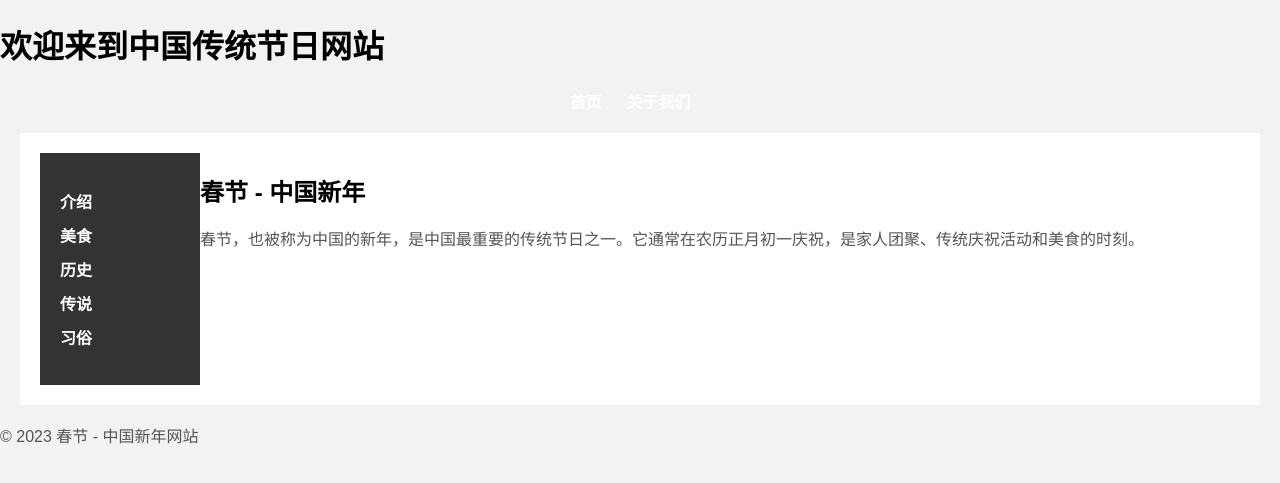
Repository: XueJie1/computer-operation-basics
Page: pages/springfestival/spf.html
These files come from the project's save history. The page is drawn as it stood at one moment and after the next save; the edit follows.
The browser window is 1280 px wide. The pictures show the whole page.

Above is the page before, as saved 2023-08-30 17:38:59.

### pages/springfestival/spf.html
<!DOCTYPE html>
<html lang="zh-CN">

<head>
    <meta charset="UTF-8">
    <meta name="viewport" content="width=device-width, initial-scale=1.0">
    <title>春节 - 中国新年</title>
    <link rel="stylesheet" type="text/css" href="../../css/styles.css" />
</head>

<body>
    <div class="header">
        <h1>欢迎来到中国传统节日网站</h1>
        <nav>
            <ul>
                <li><a href="../../index.html">首页</a></li>
                <li><a href="../about.html">关于我们</a></li>
            </ul>
        </nav>
    </div>
    <main>
        <div class="container">
            <div class="sidebar">
                <!-- 侧边栏 -->
                <ul>
                    <li><a href="#introduction">介绍</a></li>
                    <li><a href="#cuisine">美食</a></li>
                    <li><a href="#history">历史</a></li>
                    <li><a href="#legend">传说</a></li>
                    <li><a href="#customs">习俗</a></li>
                </ul>
            </div>

            <!-- 介绍 -->
            <section id="introduction">
                <h1>春节 - 中国新年</h1>
                <p>春节，也被称为中国的新年，是中国最重要的传统节日之一。它通常在农历正月初一庆祝，是家人团聚、传统庆祝活动和美食的时刻。</p>
            </section>

            <!-- 美食 -->
            <section id="cuisine" style="display: none;">
                <h2>美食</h2>
                <p>春节期间，人们会品尝各种传统美食，其中包括饺子、年糕、鱼等。这些食物在节日期间具有特殊的象征意义。</p>
            </section>

            <!-- 历史 -->
            <section id="history" style="display: none;">
                <h2>历史</h2>
                <p>春节的历史可以追溯到数千年前，它与农历和农耕社会的传统有关。了解春节的历史背景和发展。</p>
            </section>

            <!-- 传说 -->
            <section id="legend" style="display: none;">
                <h2>传说</h2>
                <p>春节有许多与之相关的传说，包括年兽的故事、关于赛龙舟的传说等。这些传说丰富了节日的文化内涵。</p>
            </section>

            <!-- 习俗 -->
            <section id="customs" style="display: none;">
                <h2>习俗</h2>
                <p>春节有许多独特的习俗，如贴春联、舞龙舞狮、赏花灯、给红包等。这些习俗代代传承，为节日增添了色彩。</p>
            </section>
    </main>
    </div>

    <div class="footer">
        <!-- 在这里包含网站的页脚部分，如版权信息等 -->
        <p>&copy; 2023 春节 - 中国新年网站</p>
    </div>

    <script src="https://code.jquery.com/jquery-3.6.0.min.js"></script>
    <script>
        $(document).ready(function () {
            // 为侧边栏链接绑定点击事件
            $('.sidebar a').on('click', function (e) {
                e.preventDefault(); // 阻止默认链接行为

                // 获取点击链接的href属性值
                var target = $(this).attr('href');

                // 隐藏所有的section
                $('main section').hide();

                // 显示目标section
                $(target).show();
            });
        });
    </script>
</body>

</html>

### css/styles.css

body {
    font-family: Arial, sans-serif;
    margin: 0;
    padding: 0;
    background-color: #f2f2f2;
}

/* 样式化导航菜单 */
header {
    background-color: #333;
    color: #fff;
    padding: 10px 0;
}

header h1 {
    text-align: center;
    text-decoration: none;
    color: #fff;
}

nav ul {
    list-style-type: none;
    margin: 0;
    padding: 0;
    text-align: center;
}

nav ul li {
    display: inline;
    margin-right: 20px;
}

nav ul li a {
    text-decoration: none;
    color: #fff;
    font-weight: bold;
    font-size: 16px;
}

nav ul li a:hover {
    color: #ff9900; /* 鼠标悬停时的颜色 */
}

main {
    margin: 20px 20px 20px 20px;
}

footer p{
    color: #fff;
    text-align: center;
    background-color: #333;
    padding-top: 20px;
    padding-bottom: 20px;
}

/* 为网页容器设置样式 */
.container {
    display: flex;
}

/* 侧边栏样式 */
.sidebar {
    flex: 0 0 10%; /* 侧边栏占据25%的宽度 */
    background-color: #333;
    color: #fff;
    padding: 20px;
}

.sidebar ul {
    list-style-type: none;
    padding: 0;
}

.sidebar ul li {
    margin-bottom: 10px;
}

.sidebar ul li a {
    text-decoration: none;
    color: #fff;
    font-weight: bold;
    font-size: 16px;
}

/* 主内容区域样式 */
main {
    flex: 0 0 75%; /* 主内容区域占据75%的宽度 */
    background-color: #fff;
    padding: 20px;
}

/* 标题样式 */
/* h1 {
    font-size: 28px;
    color: #333;
    margin-top: 0;
} */

h2 {
    font-size: 24px;
    color: #333;
}

/* 正文样式 */
p {
    font-size: 16px;
    line-height: 1.5;
    color: #555;
}

/* 添加更多栏目的样式，可以按照需要扩展 */

After the next save:
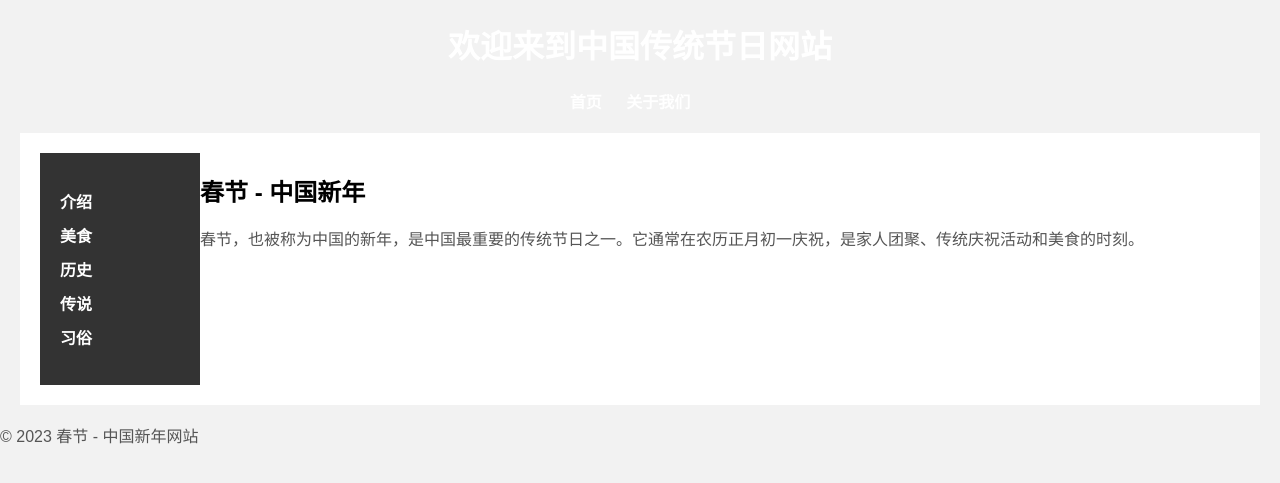
Saved 87 s later.
--- a/css/styles.css
+++ b/css/styles.css
@@ -13,7 +13,7 @@
     padding: 10px 0;
 }
 
-header h1 {
+.header h1 {
     text-align: center;
     text-decoration: none;
     color: #fff;

After the save that followed:
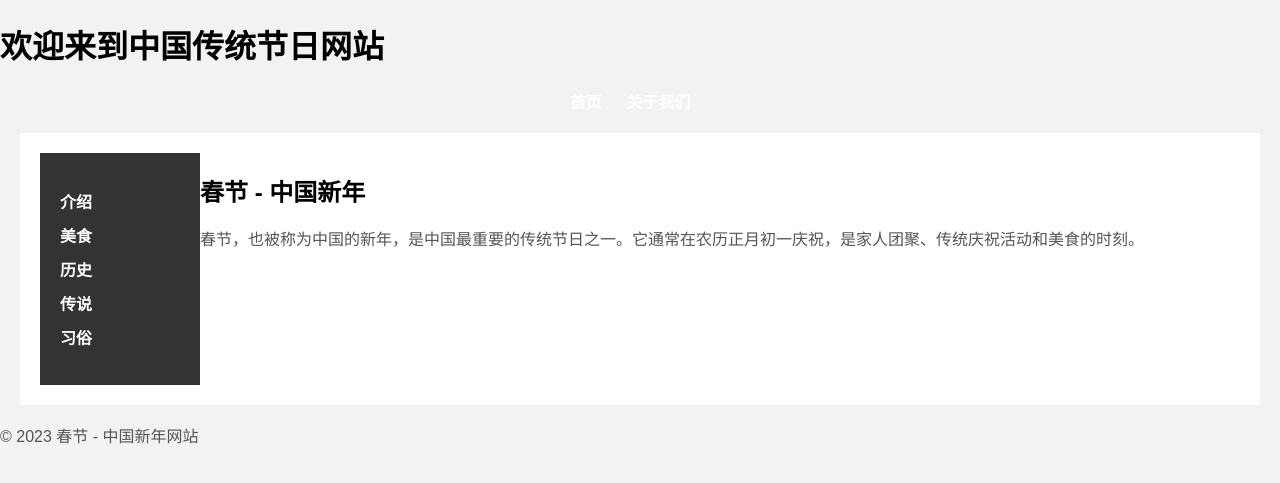
Saved 11 s later.
--- a/css/styles.css
+++ b/css/styles.css
@@ -13,7 +13,7 @@
     padding: 10px 0;
 }
 
-.header h1 {
+.header h1 || header h1{
     text-align: center;
     text-decoration: none;
     color: #fff;
